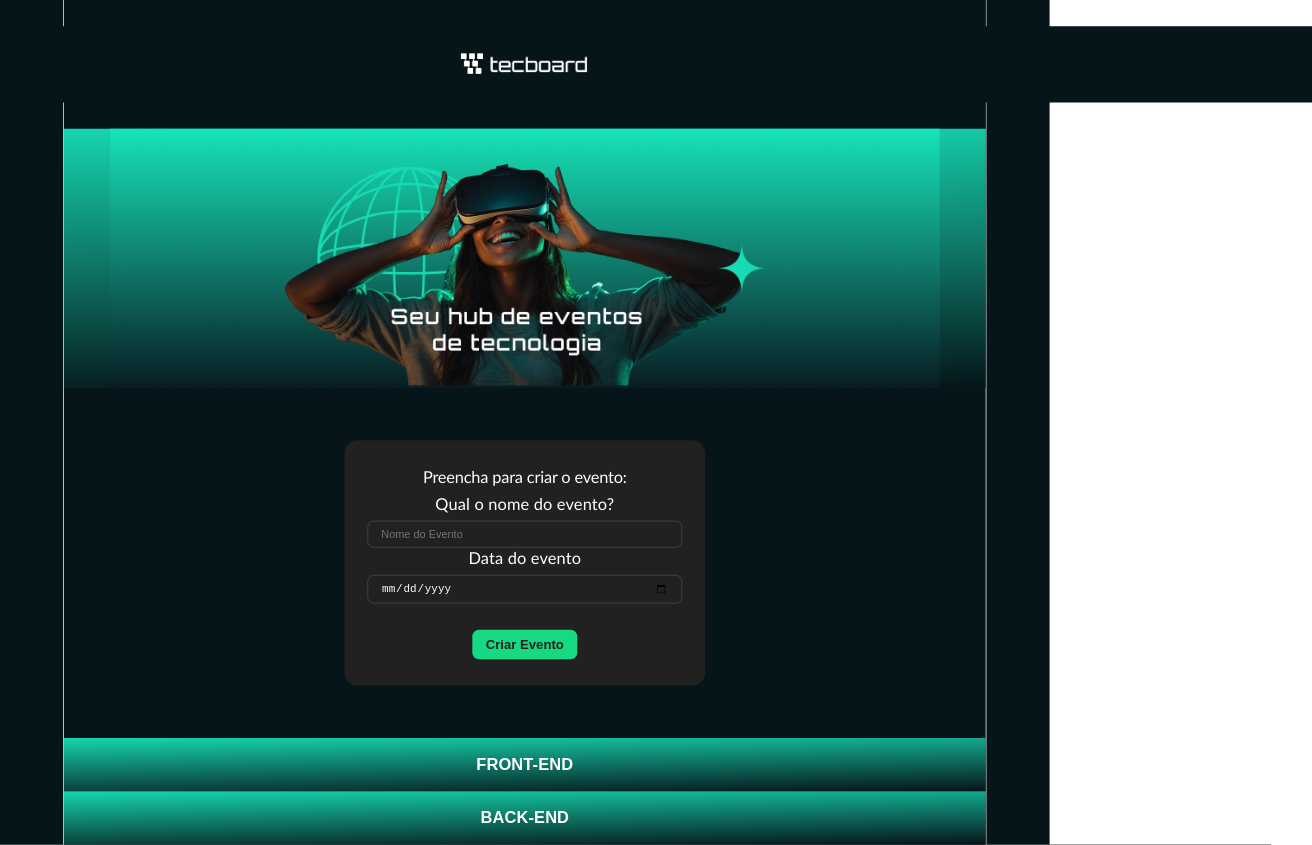
Repository: fernandadev12/techboard
Page: /
These files come from the project's save history. The page is drawn as it stood at one moment and after the next save; the edit follows.
The browser window is 1280 px wide. The page is 1600 px wide, so the pictures cover 1600 px, including what lies to the right of the window. The pictures show the whole page, at 82% of full size.
The project was rebuilt for these pictures with package versions that can differ from the ones it lists, and the page was loaded fresh each time. Also part of the build but not shown: vite.config.js.

Above is the page before, as saved 2026-06-14 15:10:10.

After the next save:
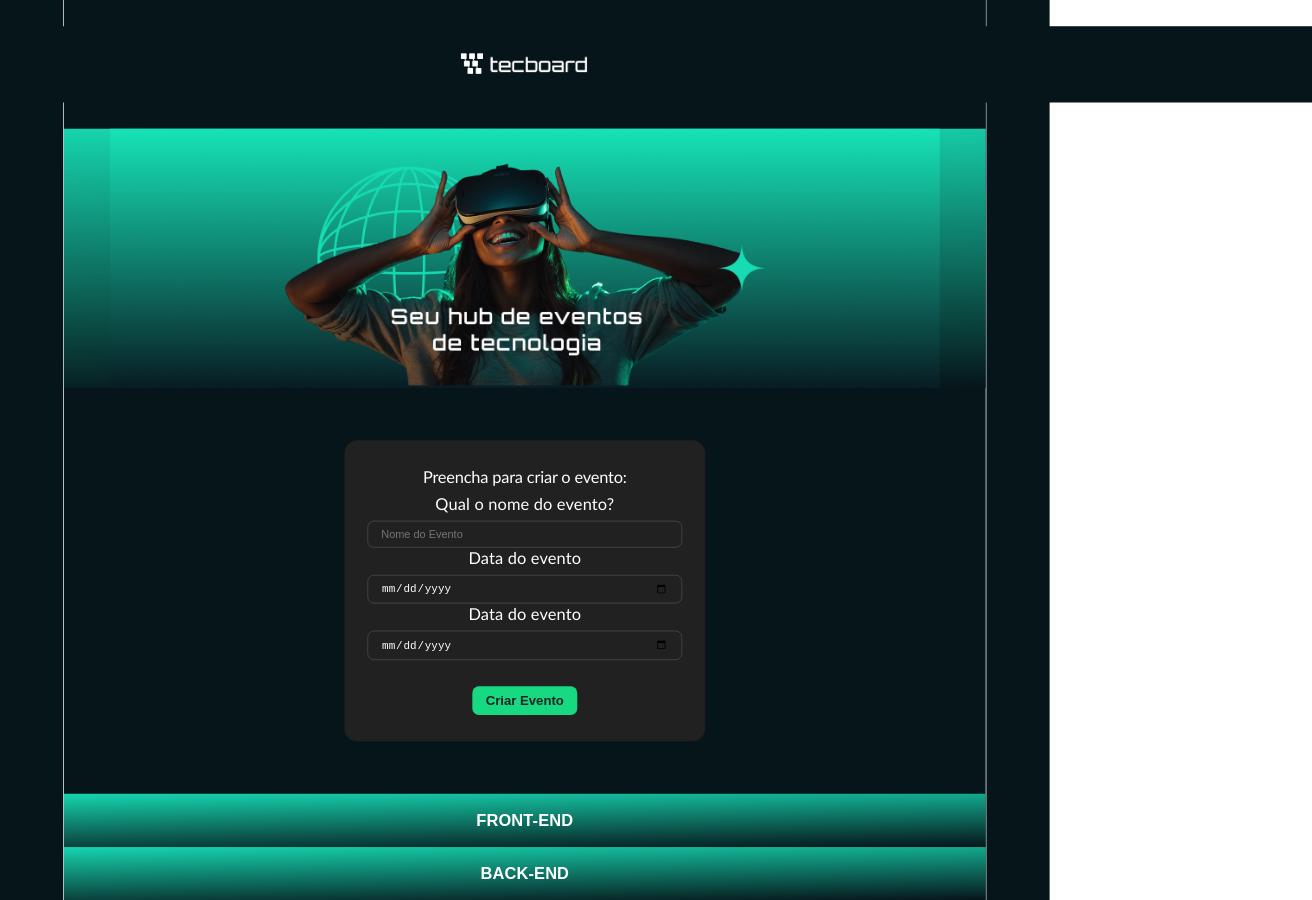
Saved 25 s later.
--- a/src/componentes/FormularioDeEvento/index.jsx
+++ b/src/componentes/FormularioDeEvento/index.jsx
@@ -26,6 +26,11 @@
           <LabelFormulario htmlFor="dataEvento">Data do evento</LabelFormulario>
           <CampoDeEntrada type="date" id="dataEvento" name="dataEvento" />
         </CampoFormulario>
+
+        <CampoFormulario>
+          <LabelFormulario htmlFor="dataEvento">Data do evento</LabelFormulario>
+          <CampoDeEntrada type="date" id="dataEvento" name="dataEvento" />
+        </CampoFormulario>
       </div>
 
       <div className="acoes">
